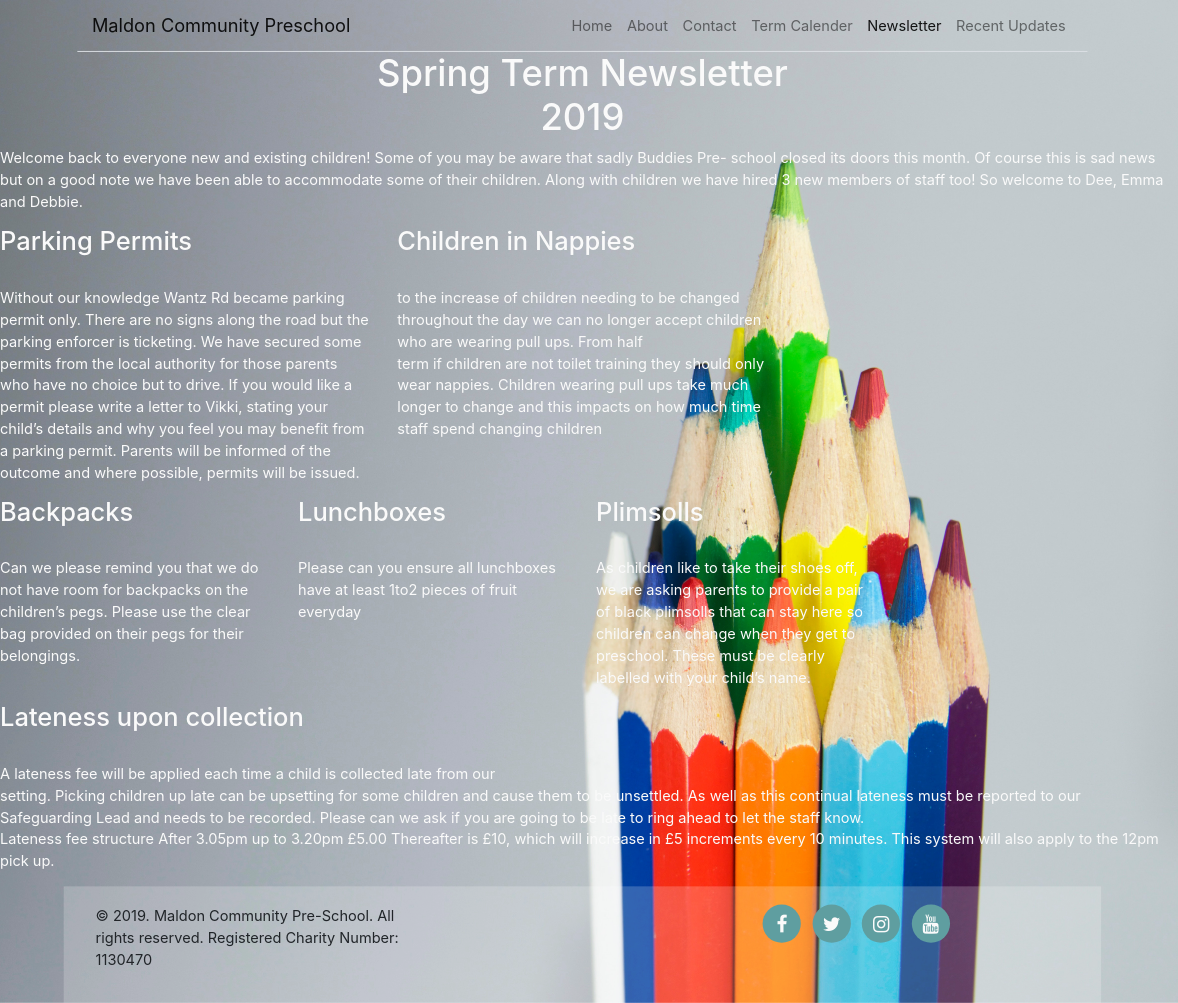
Repository: parkslee/milestone_1
Page: newsletter.html
The author's editor kept a record of every edit. The page is drawn from the files as they stood at one moment, then again after the next edit.
The browser window is 1280 px wide. The page is 1295 px wide, so the pictures cover 1295 px, including what lies to the right of the window. The pictures show the whole page, at 91% of full size.
Some web libraries are served in a nearby version.

Above is the page before.

After the next edit:
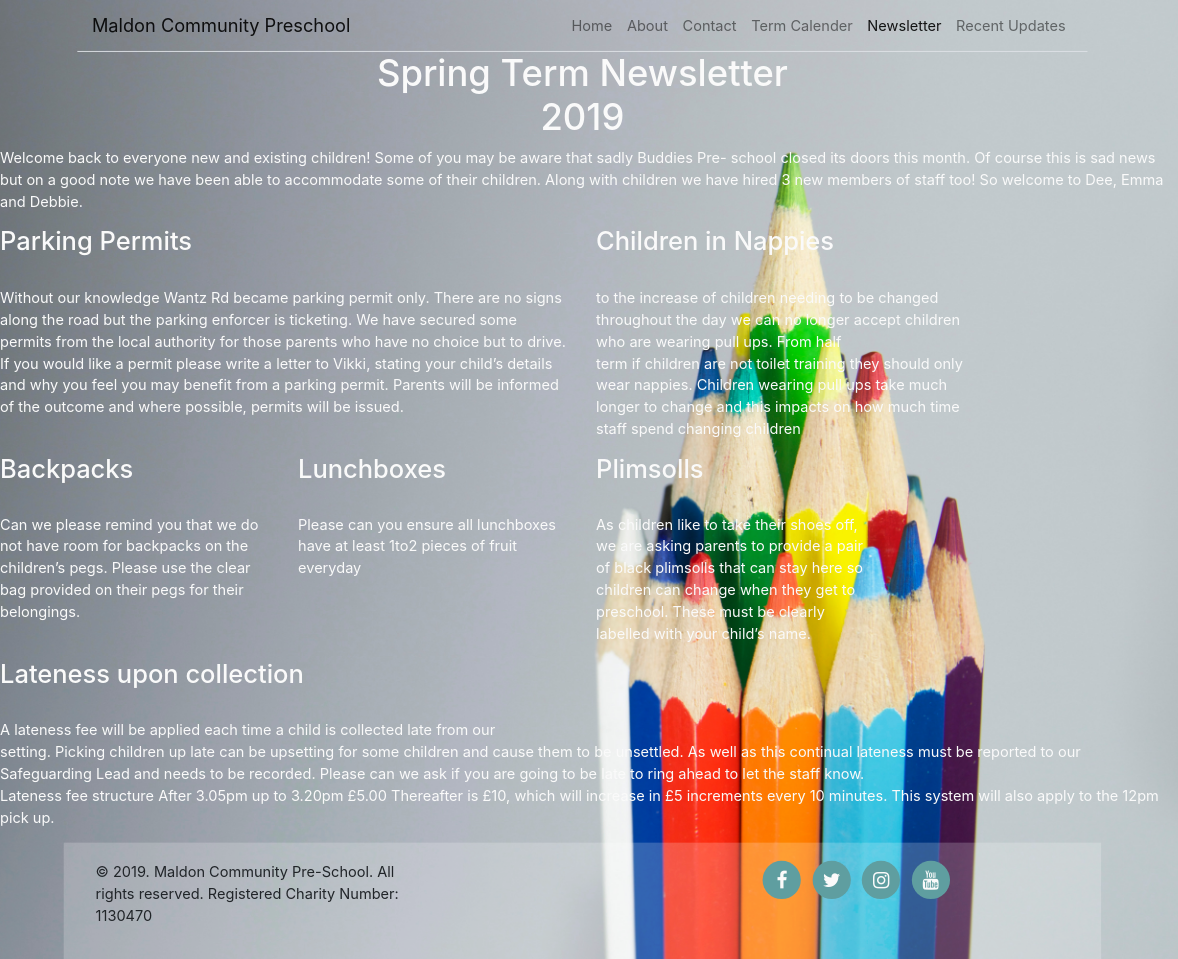
The edit:
--- a/newsletter.html
+++ b/newsletter.html
@@ -78,7 +78,7 @@
             </div>
         </div>
         <div class="row">
-            <div class="col-sm-12 col-md-4 newsletter-blocks">
+            <div class="col-sm-12 col-md-6 newsletter-blocks">
                 <h3>Parking Permits</h3>
                 <br>
                 <p> Without our knowledge
